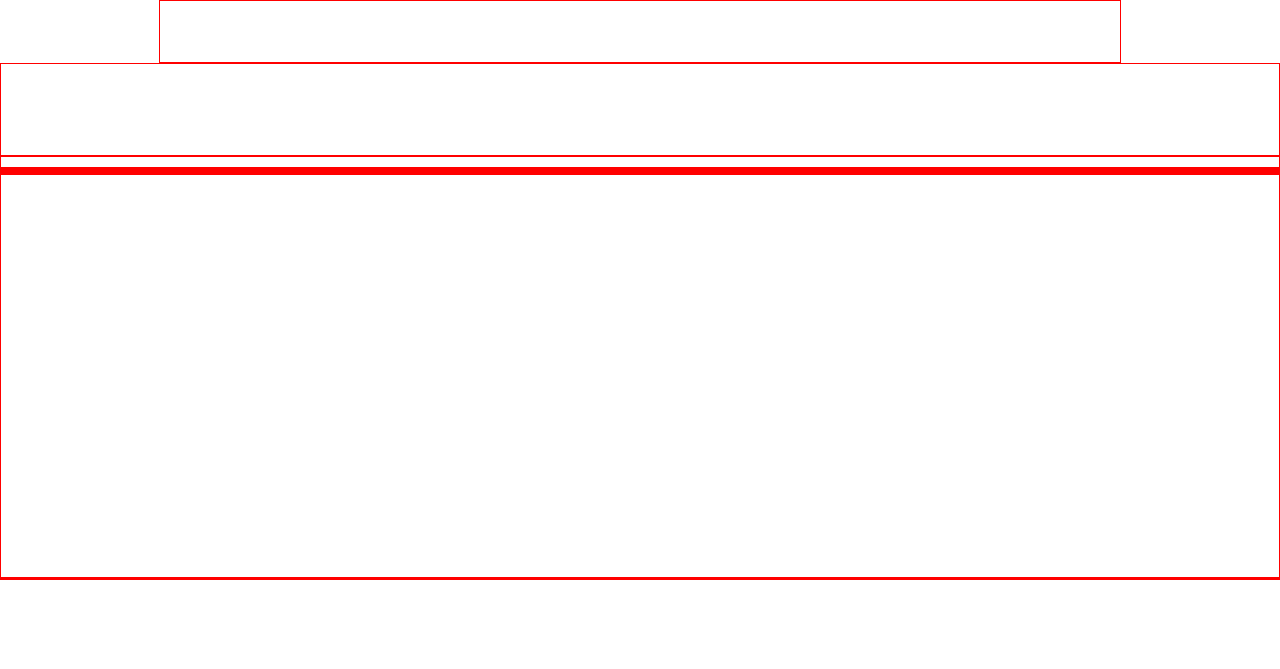
Repository: LYC-Android/JavaWebProject
Page: WebBasic/src/main/webapp/day03/admin_list.html
An editor plug-in stored every save of this project. The page is shown before and after the next save, followed by the edit.
The browser window is 1280 px wide. The pictures show the whole page.

Above is the page before, as saved 2017-09-21 03:35:18.

After the next save:
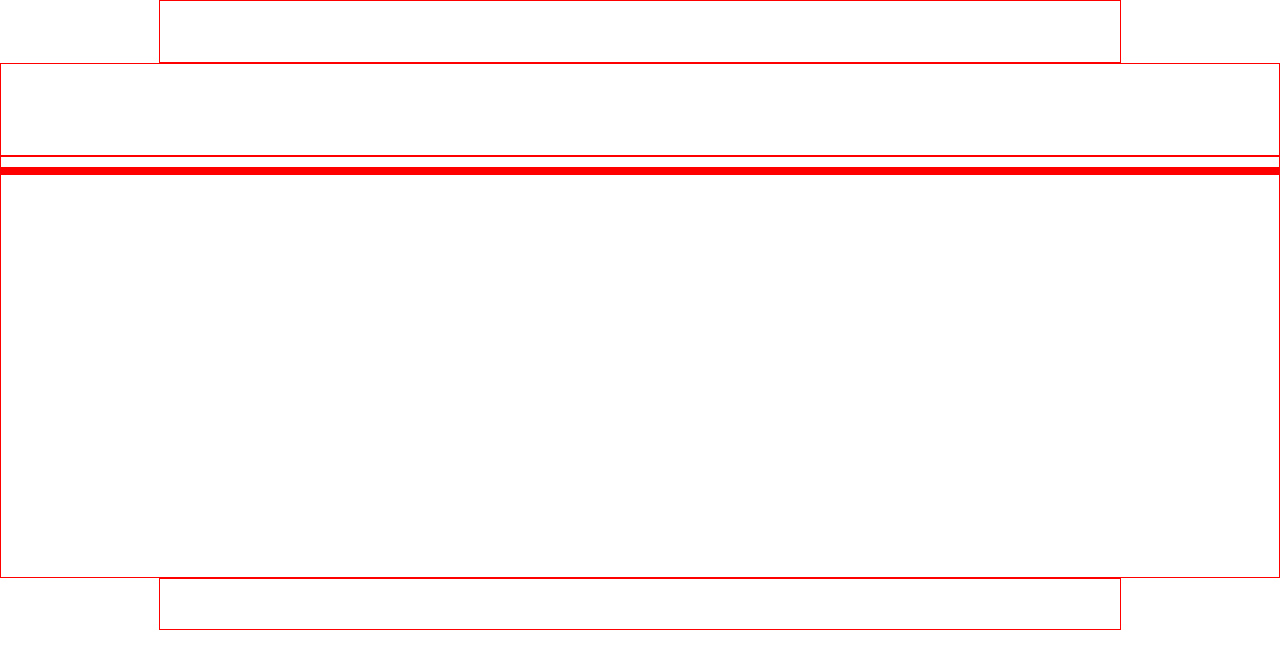
Saved 3 min 33 s later.
--- a/WebBasic/src/main/webapp/day03/list.css
+++ b/WebBasic/src/main/webapp/day03/list.css
@@ -25,3 +25,8 @@ div{
 	/*内边距的空间用来放渐变条*/
 	padding-top: 10px;
 }
+
+.copy{
+	width: 960px;
+	height: 50px;
+}
